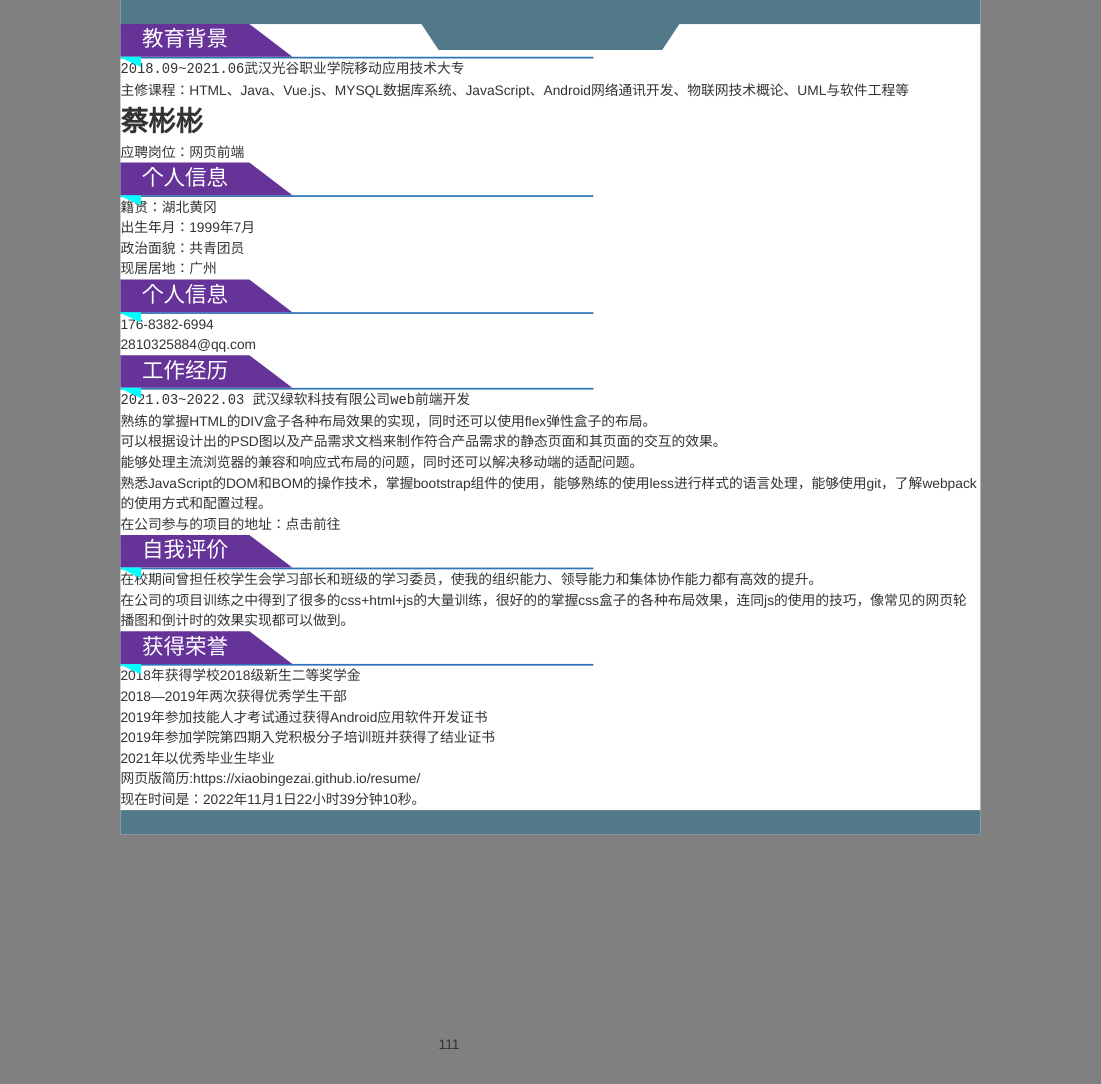
Repository: xiaobingezai/resume
Page: index.html
An editor plug-in stored every save of this project. The page is shown before and after the next save, followed by the edit.
The browser window is 1280 px wide. The pictures show the whole page, at 86% of full size.

Above is the page before, as saved 2022-11-02 21:27:47.

After the next save:
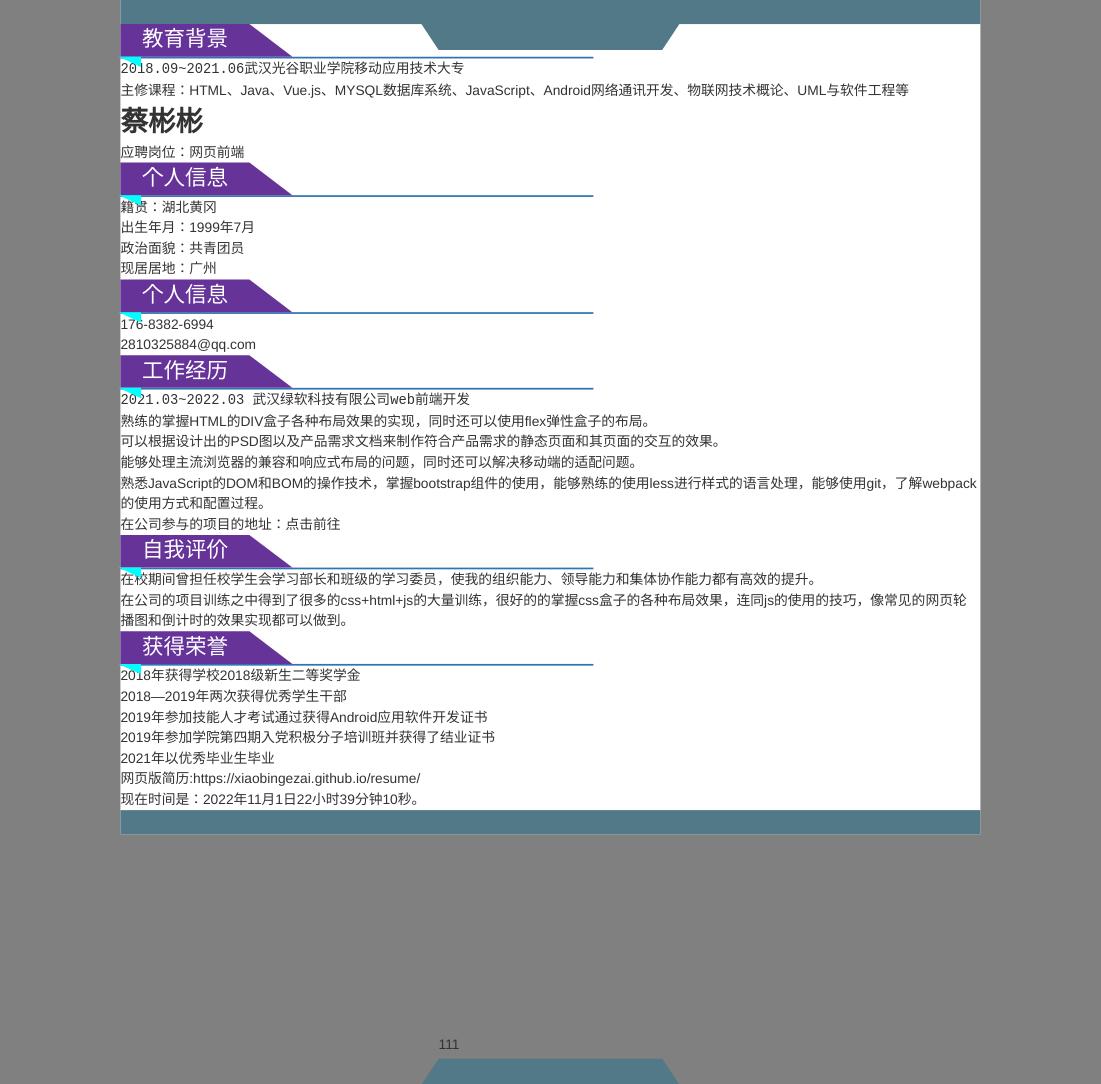
Saved 40 s later.
--- a/css/index.css
+++ b/css/index.css
@@ -154,5 +154,5 @@ body{
     transform: translateX(-50%);
     border-width: 0px 20px 30px 20px;
     border-style: solid;
-    border-color: #517987 transparent transparent transparent;
+    border-color:  transparent transparent #517987 transparent;
 }
